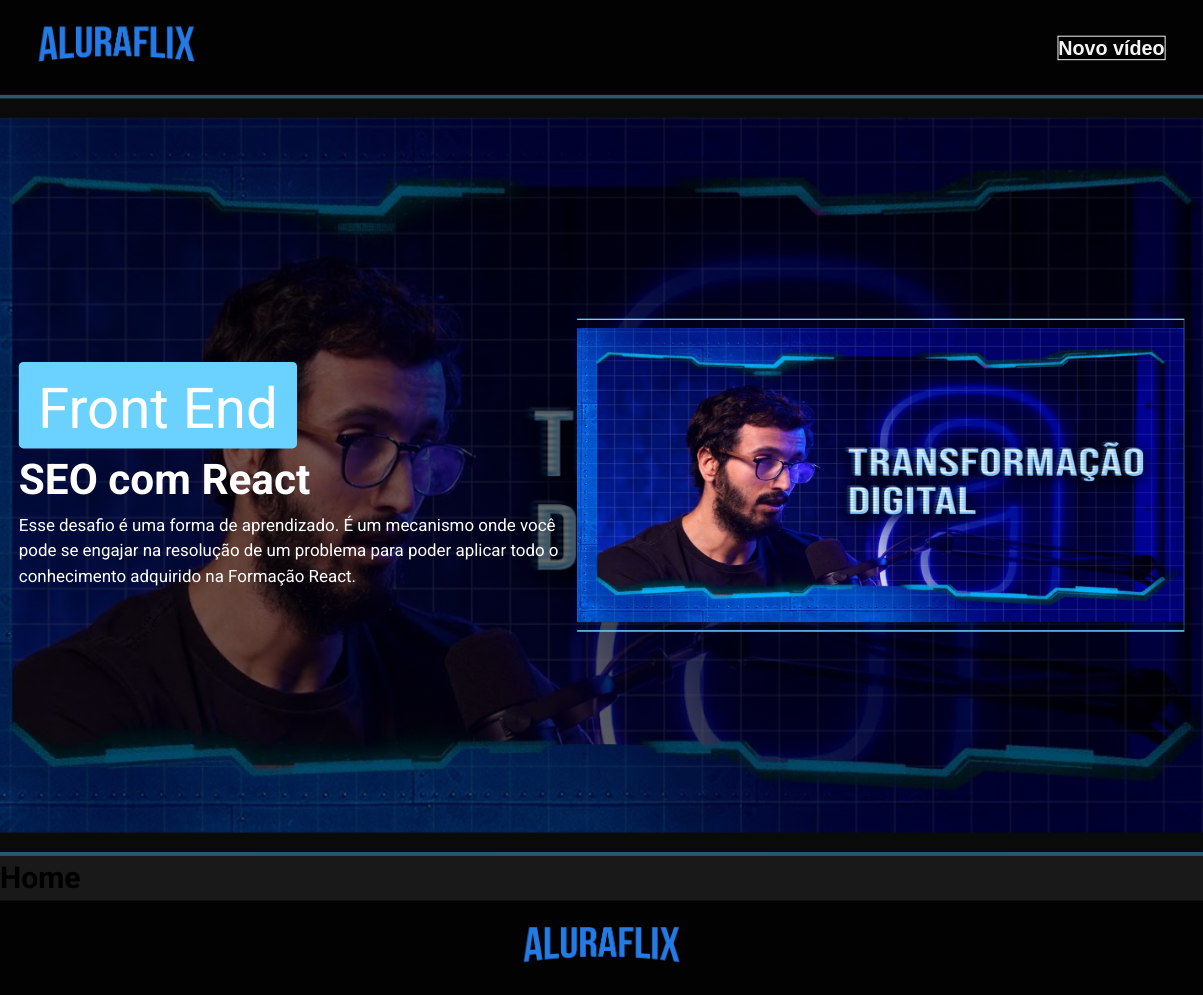
Repository: CarlosEduardoVdeOliveira/aluraflix
Page: /
An editor plug-in stored every save of this project. The page is shown before and after the next save, followed by the edit.
The browser window is 1280 px wide. The pictures show the whole page, at 94% of full size.
The project was rebuilt for these pictures with package versions that can differ from the ones it lists, and the page was loaded fresh each time. Also part of the build but not shown: vite.config.js, src/pages/RegisterVideo/index.jsx, src/pages/RegisterCategory/index.jsx.

Above is the page before, as saved 2023-09-20 13:30:19.

After the next save:
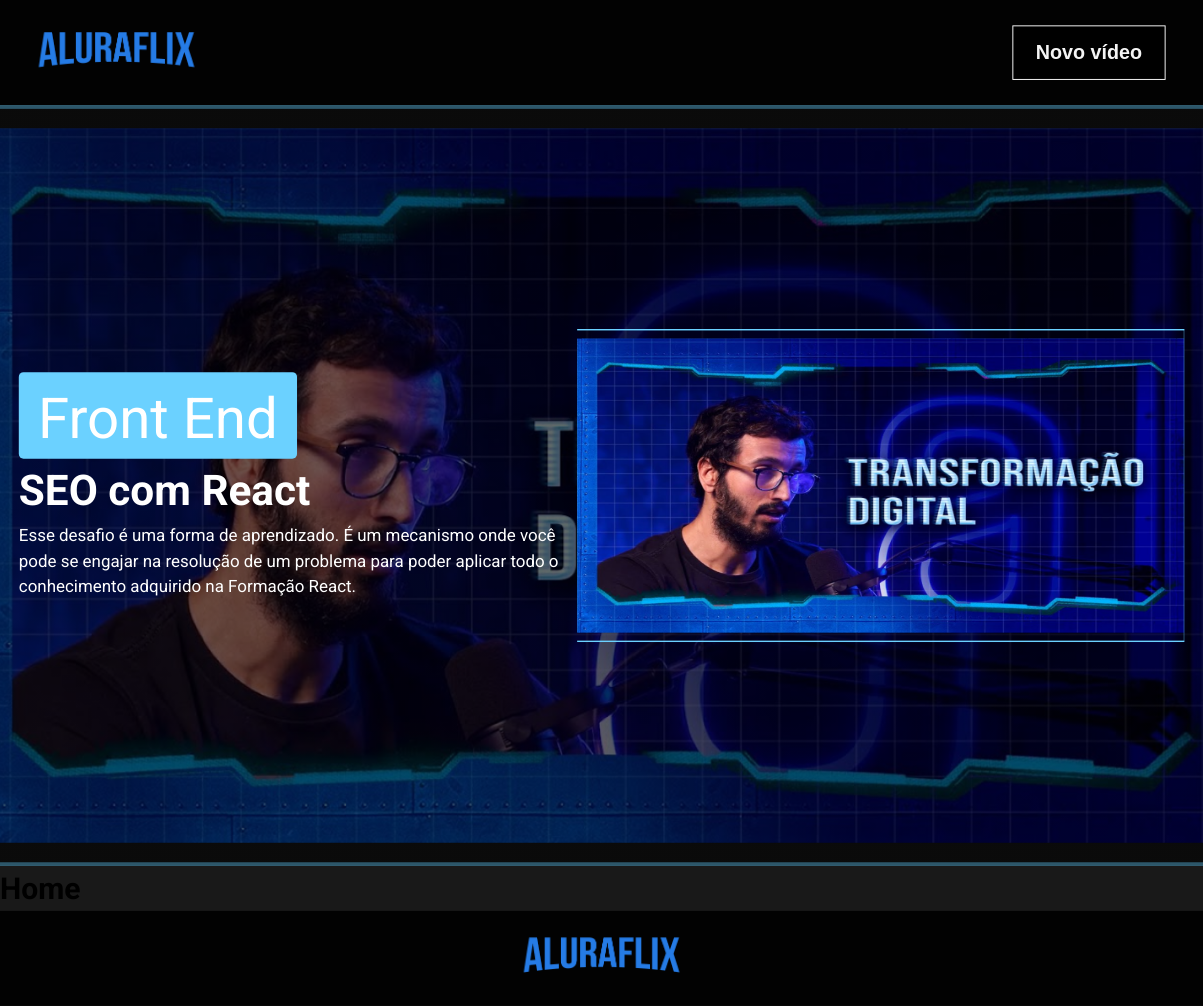
Saved 29 s later.
--- a/src/components/Button/Button.module.css
+++ b/src/components/Button/Button.module.css
@@ -1,7 +1,7 @@
 .button{
   color: #FFF;
   text-align: center;
-
+  padding: 1rem 1.5rem;
   font-size: 21px;
   font-style: normal;
   font-weight: 600;
